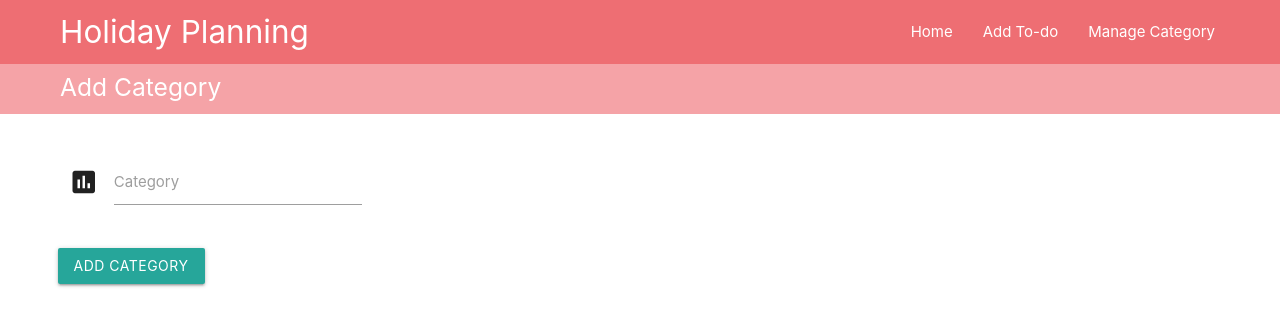
Repository: Code-Institute-Submissions/Project3-Holiday_Planning
Page: http://localhost/add_category
The author's editor kept a record of every edit. The page is drawn from the files as they stood at one moment, then again after the next edit.
The browser window is 1280 px wide. The pictures show the whole page.
The page is served by the project's application, run on Flask 3 (app.py).

Above is the page before.

### templates/addCategory.html
{% extends 'layout.html' %} {% block content %}


<div class="add_category">
    <h5>Add Category</h5>
</div>


<div class="row">
    <div class="col left_margin"></div>
    <div class="row to_do">
    <form action ="{{url_for('insert_category')}}" method="POST" class="col">


    <div class="row">
        <div class="input-field col s12">
            <i class="material-icons prefix">poll</i>
            <input id = "category_name" name="category_name" type="text" class="validate">
            <label for="category_name">Category</label>
        </div>
    </div>

    <div class="row">
        <button class="waves-effect waves-light btn" type="submit" name="action">Add Category</button>
    </div>

    </form>
</div>

{% endblock%}

### templates/layout.html
<!DOCTYPE html>
<html>

<head>
        <link href="https://fonts.googleapis.com/icon?family=Material+Icons" rel="stylesheet">
        <link rel="stylesheet" href="https://cdnjs.cloudflare.com/ajax/libs/materialize/1.0.0/css/materialize.min.css">
        <link rel="stylesheet" href="{{url_for('static', filename='css/style.css')}}" type="text/css"/>
</head>


<body>
    <header>
        <nav>
            <div class="nav-wrapper">
                <a href="{{url_for('get_todos')}}" class="brand-logo">Holiday Planning</a>
                <a href="#" data-target="mobile-demo" class="sidenav-trigger"><i class="material-icons">menu</i></a>

                <ul id="nav-mobile" class="right hide-on-med-and-down">
                    <li><a href="{{url_for('get_todos')}}">Home</a></li>
                    <li><a href="{{url_for('add_todo')}}">Add To-do</a></li>
                    <li><a href="{{url_for('get_category')}}">Manage Category</a></li>
                </ul>
                </div>
                </nav>
                <!--extended hamburger navbar added for mobile-->
                <ul class="sidenav" id="mobile-demo">
                    <li><a href="{{url_for('get_todos')}}">Home</a></li>
                    <li><a href="{{url_for('add_todo')}}">Add To-do</a></li>
                    <li><a href="{{url_for('get_category')}}">Manage Category</a></li>
                </ul>


    </header>

    <div>
        {% block content %} {% endblock %}
    </div>


    <script src="https://cdnjs.cloudflare.com/ajax/libs/jquery/3.4.1/jquery.min.js"></script>
    <!--<script type="text/javascript" src="https://code.jquery.com/jquery-2.1.1.min.js"></script>-->
    <script src="https://cdnjs.cloudflare.com/ajax/libs/materialize/1.0.0/js/materialize.min.js"></script>


    <!--to perform the collapsible, datepicker and select option function-->
    <script type="text/javascript">
        $(document).ready(function(){
            $('.collapsible').collapsible();
            $('.datepicker').datepicker({
                format:'dd/mm/yyyy'
            });
            $('select').formSelect();
            $('.sidenav').sidenav();
            $('.dropdown-trigger').dropdown();

        });

    </script>


        {%block extra_js%}{%endblock%}
</body>

</html>

### app.py
import os
from flask import Flask, render_template, redirect, request, url_for
from flask_pymongo import PyMongo
from bson.objectid import ObjectId


app = Flask(__name__)
app.config["MONGO_DBNAME"] = 'holiday_planning'
app.config["MONGO_URI"] = os.getenv("MONGO_URI")
mongo = PyMongo(app)



# T1 - Fetch data in mongodb pass it back to todos.html
@app.route('/')
def get_todos():
    critera= {}
    category = request.args.get('category')

    if category and category != 'All Category':
        critera['category_name'] = category
    else:
        category = 'All Category'

    todos=mongo.db.todos.find(critera)
    print(todos)
    return render_template("todos.html",
                           todos=todos, category_name=category)



# T2 & T3 - After add_todo, must follow by insert_todo
@app.route('/add_todo')
def add_todo():
    return render_template('addTodo.html',
                            category=mongo.db.category.find())


@app.route('/insert_todo', methods=['POST'])
def insert_todo():
    todos = mongo.db.todos
    todos.insert_one(request.form.to_dict())
    return redirect(url_for('get_todos'))



# T4 & T5 - After edit_todo, must follow by update_todo
@app.route('/edit_todo/<todo_id>')
def edit_todo(todo_id):
    the_todo =  mongo.db.todos.find_one({"_id": ObjectId(todo_id)})
    all_category =  mongo.db.category.find()
    return render_template('editTodo.html', todo=the_todo,
                           category=all_category)


@app.route('/update_todo/<todo_id>', methods=["POST"])
def update_todo(todo_id):
    todos = mongo.db.todos
    todos.update( {'_id': ObjectId(todo_id)},
    {
        'category_name':request.form.get('category_name'),
        'todo_title':request.form.get('todo_title'),
        'todo_description': request.form.get('todo_description'),
        'person_in-charge': request.form.get('person_in-charge'),
        'website': request.form.get('website'),
        'due_date': request.form.get('due_date'),
        'is_urgent':request.form.get('is_urgent')
    })
    return redirect(url_for('get_todos'))


# T6 - Delete todo from the get_todos page
@app.route('/delete_todo/<todo_id>')
def delete_todo(todo_id):
    mongo.db.todos.remove({'_id': ObjectId(todo_id)})
    return redirect(url_for('get_todos'))



# CATEGORY

# C1 - Function to fetch all our data in mongodb pass it back to category.html
@app.route('/get_category')
def get_category():
    return render_template("category.html",
                            category=mongo.db.category.find())



# C2 & C3 - After add_category, must follow by insert_category
@app.route('/add_category')
def add_category():
    return render_template('addCategory.html')


@app.route('/insert_category', methods=['POST'])
def insert_category():
    category_doc = {'category_name': request.form.get('category_name')}
    mongo.db.category.insert_one(category_doc)
    return redirect(url_for('get_category'))



# C4 & C5 - After edit_category, must follow by update_category
@app.route('/edit_category/<category_id>')
def edit_category(category_id):
    return render_template('editCategory.html',
    category=mongo.db.category.find_one({'_id': ObjectId(category_id)}))


@app.route('/update_category/<category_id>', methods=['POST'])
def update_category(category_id):
    mongo.db.category.update(
        {'_id': ObjectId(category_id)},
        {'category_name': request.form.get('category_name')})
    return redirect(url_for('get_category'))



# C6 - Delete category from the Manage Category page
@app.route('/delete_category/<category_id>')
def delete_category(category_id):
    mongo.db.category.remove({'_id': ObjectId(category_id)})
    return redirect(url_for('get_category'))



# Boiler plate - must include at the end of app.py
if __name__ == '__main__':
    app.run(host=os.environ.get('IP'),
            port=int(os.environ.get('PORT')),
            debug=True)

### static/css/style.css
.nav-wrapper,
h5{
    margin: 0px;
    padding:0px 50px 0px 60px;
    color: white;
}


.brand-logo{
    padding:0px 50px 0px 80px;
}


.btn_small {
    height: 24px;
    width: 60px;
    line-height: 24px;
    margin: 5px 100px;
    padding: 0px 100px;
}


.divider{
    width:6px;
    border:none;
}


.to_do_list,
.add_to_do,
.edit_to_do,
.category,
.add_category,
.edit_category
{
    height:45px;
    background-color: #f5a3a7;
    padding-top: 10px;
    margin-bottom: 30px;
    padding-bottom: 40px;
}


/*Task*/
.content_container{
    border :none;
    box-shadow: none;
}


.category_side{
    width: 40px;
}



.left_margin{
    margin-left: 35px;
}


.button_margin{
    margin-left: 50px;
}


.width{
    width: 45px;
}


.ul_style{
    padding: 0px;
    margin: 0px;
}

After the next edit:
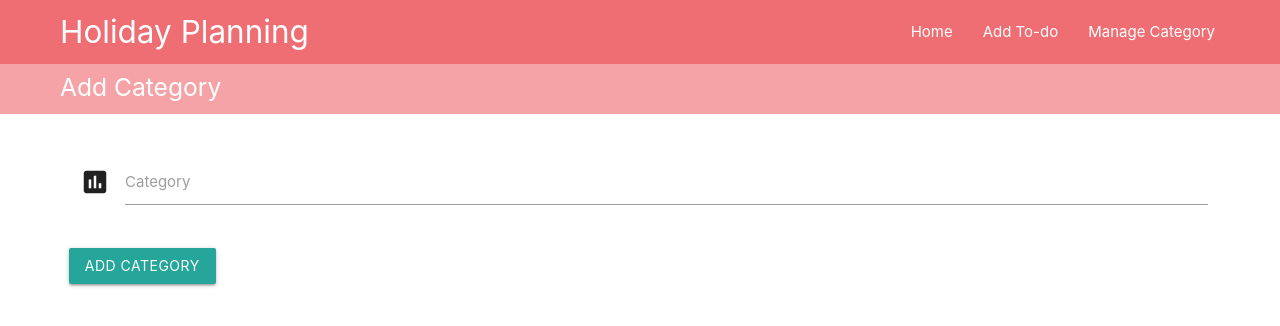
The edit:
--- a/templates/addCategory.html
+++ b/templates/addCategory.html
@@ -8,8 +8,8 @@
 
 <div class="row">
     <div class="col left_margin"></div>
-    <div class="row to_do">
-    <form action ="{{url_for('insert_category')}}" method="POST" class="col">
+    <div class="col s11">
+    <form action ="{{url_for('insert_category')}}" method="POST" class="col s12">
 
 
     <div class="row">
